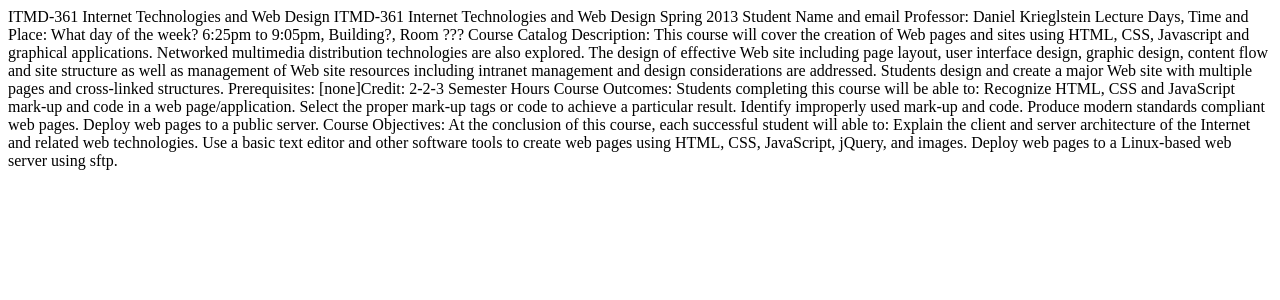
Repository: rishondass/ITMD361-Lab2
Page: lab2raw_text.html
An editor plug-in stored every save of this project. The page is shown before and after the next save, followed by the edit.
The browser window is 1280 px wide. The pictures show the whole page.

Above is the page before, as saved 2023-01-13 13:24:35.

After the next save:
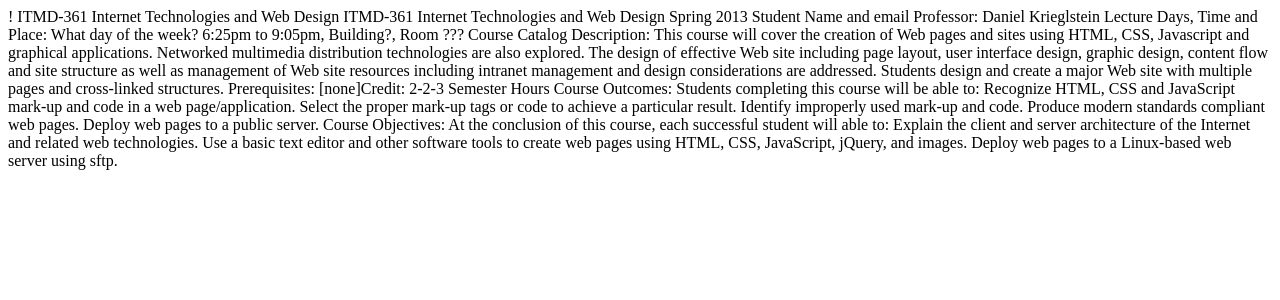
Saved 38 min 36 s later.
--- a/lab2raw_text.html
+++ b/lab2raw_text.html
@@ -1,4 +1,4 @@
-
+!
 ITMD-361 Internet Technologies and Web Design
 ITMD-361 Internet Technologies and Web Design
 Spring 2013

After the save that followed:
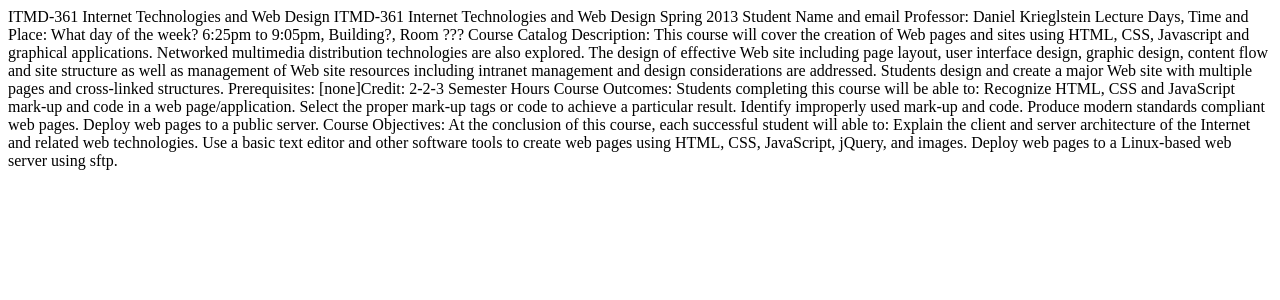
Saved 4 s later.
--- a/lab2raw_text.html
+++ b/lab2raw_text.html
@@ -1,4 +1,4 @@
-!
+
 ITMD-361 Internet Technologies and Web Design
 ITMD-361 Internet Technologies and Web Design
 Spring 2013
